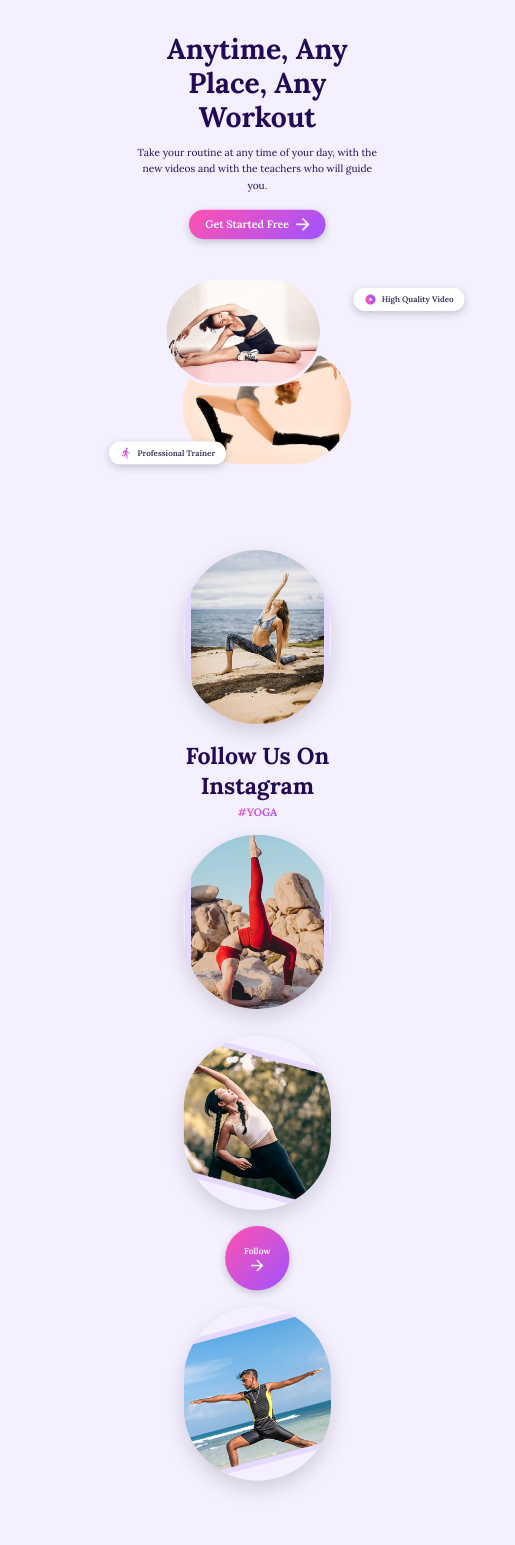
Repository: EunsuhJeon/responsive-yoga-website
Page: index.html
These files come from the project's save history. The page is drawn as it stood at one moment and after the next save; the edit follows.
The browser window is 768 px wide. The pictures show the whole page, at 67% of full size.

Above is the page before, as saved 2025-11-26 00:22:00.

After the next save:
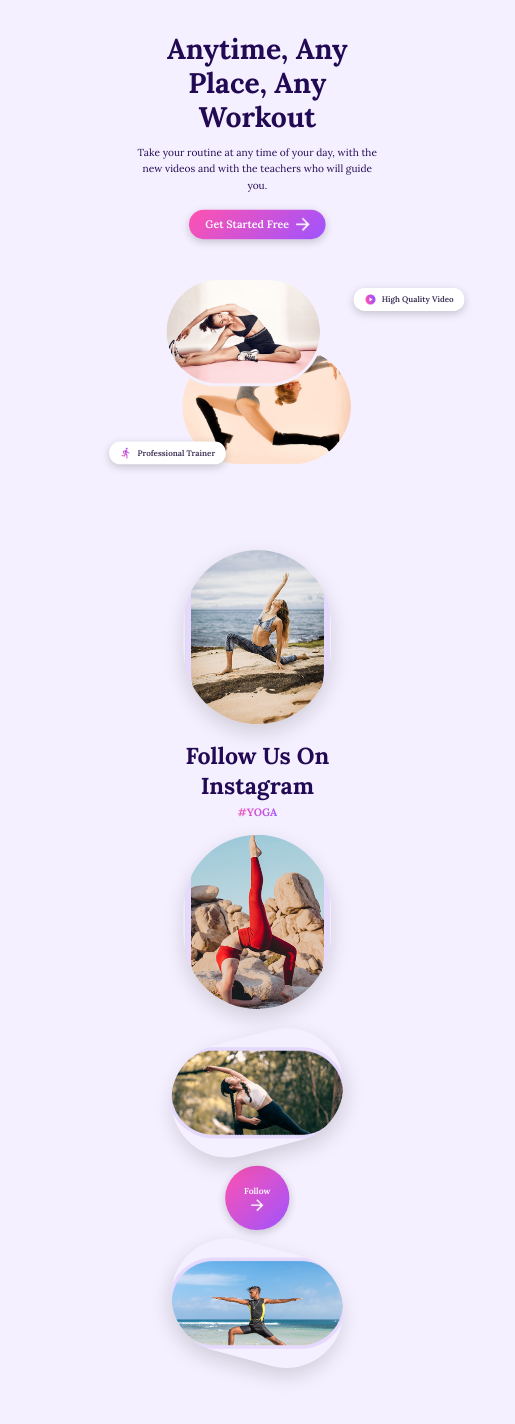
Saved 4 s later.
--- a/main.css
+++ b/main.css
@@ -282,43 +282,33 @@ button:active,
   font-weight: 700;
 }
 
-/* imágenes superiores (verticales) */
+/* estilo base de todas las imágenes de la sección 5 */
 .seccion-5-img {
-  width: 220px;
-  height: 260px;
   object-fit: cover;
   border-radius: 120px;
   box-shadow: 0 12px 30px rgba(0, 0, 0, 0.15);
 }
 
-/* ----- Imágenes inferiores con marco inclinado ----- */
-
-/* marco blanco apaisado */
-.seccion-5-img-wrapper {
+/* imágenes superiores (verticales) */
+.seccion-5-img-tl,
+.seccion-5-img-tr {
+  width: 220px;
+  height: 260px;
+}
+
+/* imágenes inferiores (apaisadas y rotadas) */
+.seccion-5-img-bl,
+.seccion-5-img-br {
   width: 260px;
   height: 170px;
-  border-radius: 120px;
-  background: #ffffff;
-  box-shadow: 0 12px 30px rgba(0, 0, 0, 0.15);
-  overflow: hidden;
-  display: flex;
-  align-items: center;
-  justify-content: center;
-}
-
-/* la foto dentro del marco */
-.seccion-5-img-wrapper img {
-  width: 100%;
-  height: 100%;
-  object-fit: cover;
-}
-
-/* rotación del marco (y de la foto junto con él) */
-.seccion-5-img-wrapper-bl {
+}
+
+/* rotaciones de las de abajo */
+.seccion-5-img-bl {
   transform: rotate(-15deg);
 }
 
-.seccion-5-img-wrapper-br {
+.seccion-5-img-br {
   transform: rotate(15deg);
 }
 
@@ -365,10 +355,6 @@ button:active,
   .seccion-5-img-tr {
     order: 2;
   }
-
-  .seccion-5-bottom {
-    align-items: center;
-  }
 }
 
 
